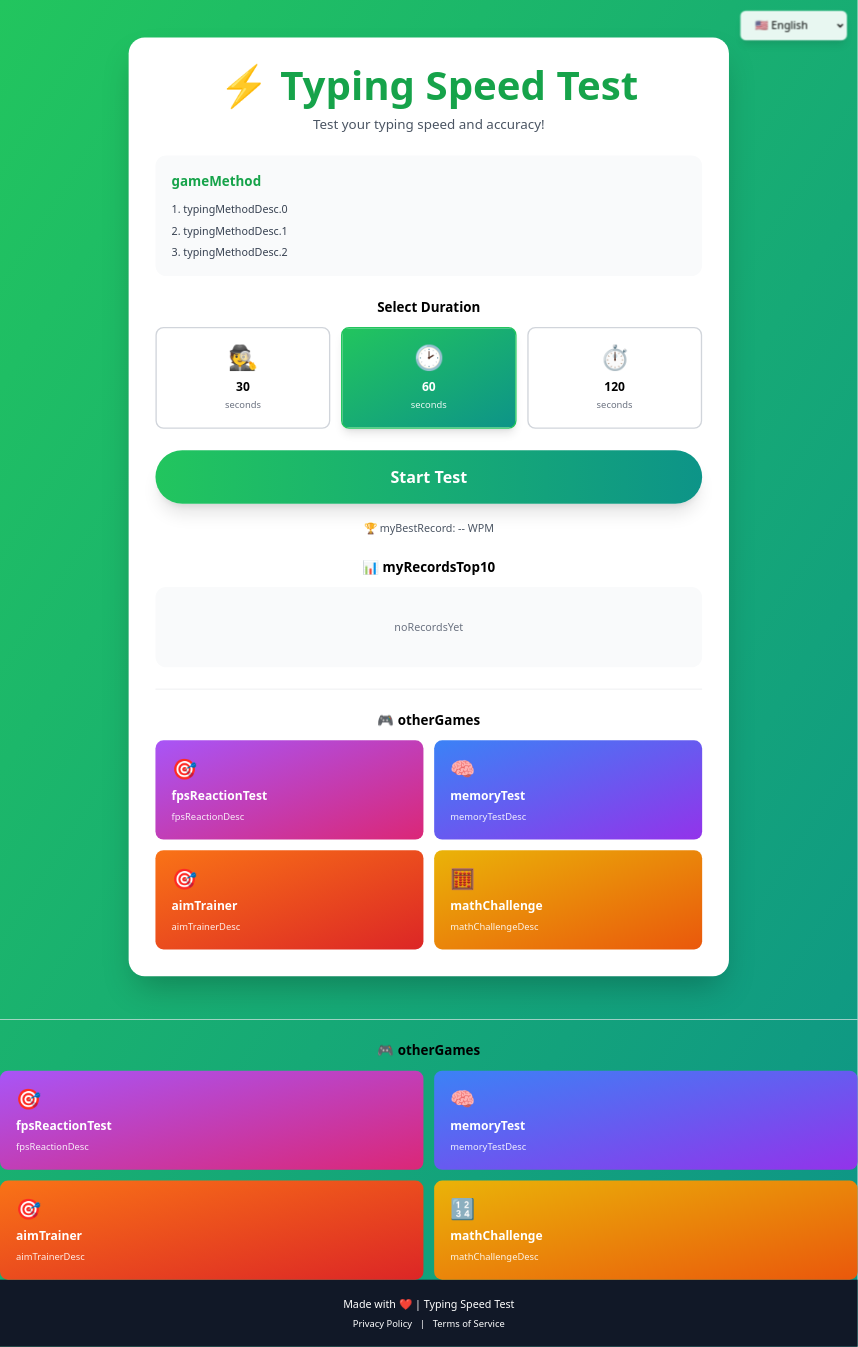
Repository: Lcmind/withjocoding
Page: typing-speed.html
An editor plug-in stored every save of this project. The page is shown before and after the next save, followed by the edit.
The browser window is 1280 px wide. The pictures show the whole page, at 67% of full size.
Some web libraries are served in a nearby version.

Above is the page before, as saved 2026-01-13 22:02:47.

After the next save:
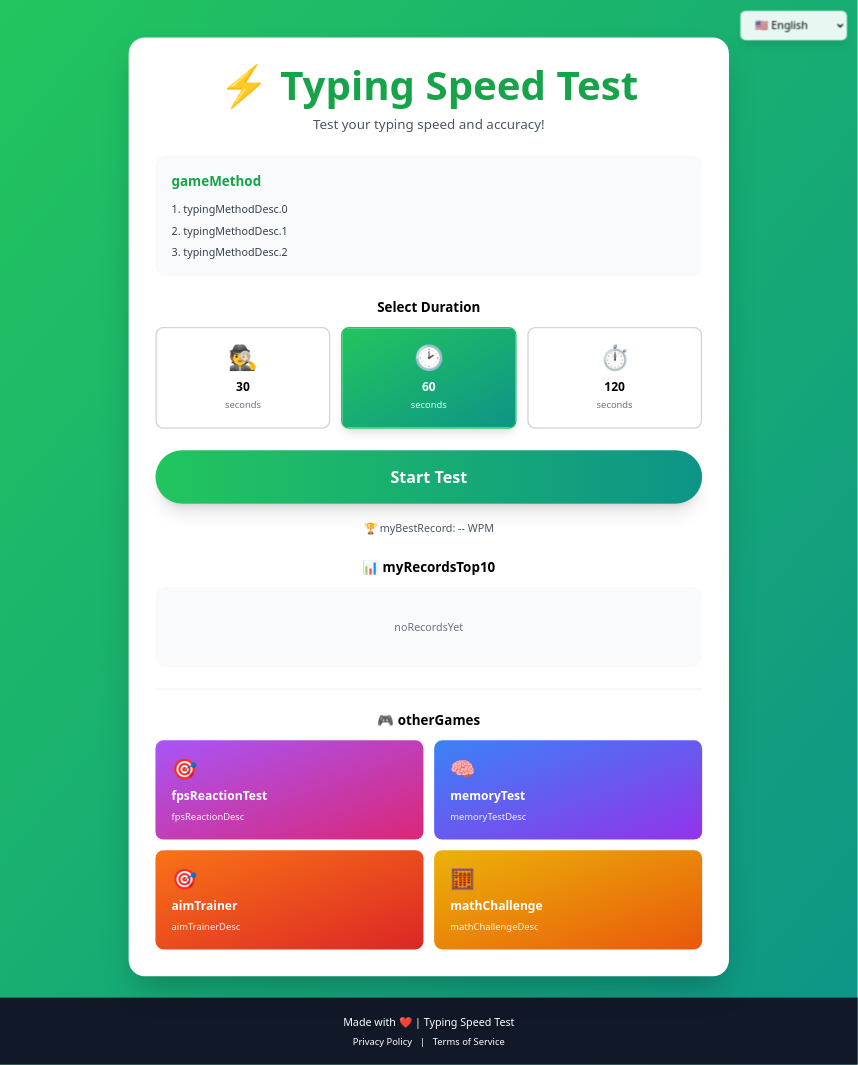
Saved 87 s later.
--- a/typing-speed.html
+++ b/typing-speed.html
@@ -150,39 +150,6 @@
               <div class="text-sm opacity-90" data-i18n="mathChallengeDesc">Quick math calculations</div>
             </a>
           </div>
-        </div>
-      </div>
-    </div>
-  </div>
-
-
-      <!-- 다른 게임 섹션 -->
-      <div class="mt-8 border-t border-gray-200 pt-8">
-        <h3 class="text-xl font-bold text-center mb-4">🎮 <span data-i18n="otherGames">Other Games</span></h3>
-        <div class="grid grid-cols-1 md:grid-cols-2 gap-4">
-          <a href="index.html" class="block bg-gradient-to-br from-purple-500 to-pink-600 rounded-xl p-6 text-white hover:shadow-xl transition-all duration-300 hover:-translate-y-1">
-            <div class="text-3xl mb-2">🎯</div>
-            <div class="font-bold text-lg mb-2" data-i18n="fpsReactionTest">FPS Reaction Test</div>
-            <div class="text-sm opacity-90" data-i18n="fpsReactionDesc">Test your reaction speed</div>
-          </a>
-
-          <a href="memory-test.html" class="block bg-gradient-to-br from-blue-500 to-purple-600 rounded-xl p-6 text-white hover:shadow-xl transition-all duration-300 hover:-translate-y-1">
-            <div class="text-3xl mb-2">🧠</div>
-            <div class="font-bold text-lg mb-2" data-i18n="memoryTest">Memory Test</div>
-            <div class="text-sm opacity-90" data-i18n="memoryTestDesc">Test your memory skills</div>
-          </a>
-
-          <a href="aim-trainer.html" class="block bg-gradient-to-br from-orange-500 to-red-600 rounded-xl p-6 text-white hover:shadow-xl transition-all duration-300 hover:-translate-y-1">
-            <div class="text-3xl mb-2">🎯</div>
-            <div class="font-bold text-lg mb-2" data-i18n="aimTrainer">Aim Trainer</div>
-            <div class="text-sm opacity-90" data-i18n="aimTrainerDesc">Improve your aim precision</div>
-          </a>
-
-          <a href="math-challenge.html" class="block bg-gradient-to-br from-yellow-500 to-orange-600 rounded-xl p-6 text-white hover:shadow-xl transition-all duration-300 hover:-translate-y-1">
-            <div class="text-3xl mb-2">🔢</div>
-            <div class="font-bold text-lg mb-2" data-i18n="mathChallenge">Math Challenge</div>
-            <div class="text-sm opacity-90" data-i18n="mathChallengeDesc">Quick math calculations</div>
-          </a>
         </div>
       </div>
     </div>
